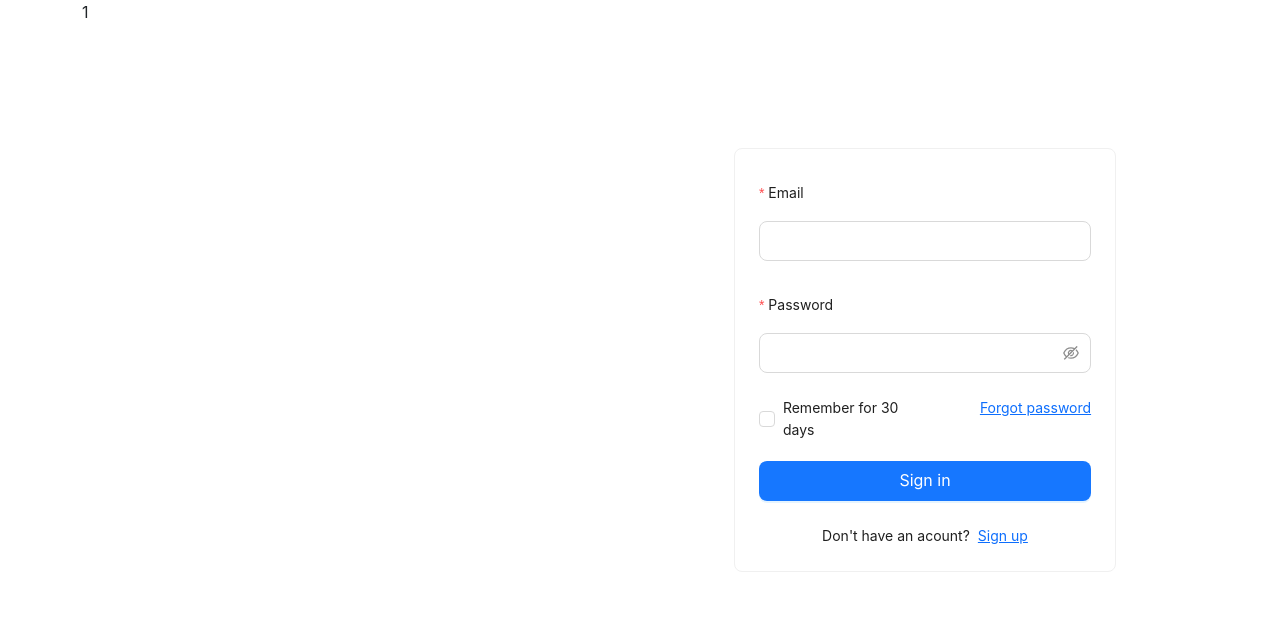
Repository: di-huynh-dev/kanban-inventory-management
Page: /
An editor plug-in stored every save of this project. The page is shown before and after the next save, followed by the edit.
The browser window is 1280 px wide. The pictures show the whole page.
Pictures or frames that could not be fetched are drawn as grey boxes. The project was rebuilt for these pictures with package versions that can differ from the ones it lists, and the page was loaded fresh each time. Also part of the build but not shown: src/App.css, src/pages/auth/SignUp.tsx, src/routers/MainRouter.tsx.

Above is the page before, as saved 2024-09-07 12:39:17.

### public/index.html
<!DOCTYPE html>
<html lang="en">
  <head>
    <meta charset="utf-8" />
    <link rel="icon" href="%PUBLIC_URL%/favicon.ico" />
    <meta name="viewport" content="width=device-width, initial-scale=1" />
    <meta name="theme-color" content="#000000" />
    <meta
      name="description"
      content="Web site created using create-react-app"
    />
    <link rel="apple-touch-icon" href="%PUBLIC_URL%/logo192.png" />
    <link
      rel="stylesheet"
      href="https://cdn.jsdelivr.net/npm/bootstrap@5.3.2/dist/css/bootstrap.min.css"
      integrity="sha384-T3c6CoIi6uLrA9TneNEoa7RxnatzjcDSCmG1MXxSR1GAsXEV/Dwwykc2MPK8M2HN"
      crossorigin="anonymous"
    />
    <!--
      manifest.json provides metadata used when your web app is installed on a
      user's mobile device or desktop. See https://developers.google.com/web/fundamentals/web-app-manifest/
    -->
    <link rel="manifest" href="%PUBLIC_URL%/manifest.json" />
    <!--
      Notice the use of %PUBLIC_URL% in the tags above.
      It will be replaced with the URL of the `public` folder during the build.
      Only files inside the `public` folder can be referenced from the HTML.

      Unlike "/favicon.ico" or "favicon.ico", "%PUBLIC_URL%/favicon.ico" will
      work correctly both with client-side routing and a non-root public URL.
      Learn how to configure a non-root public URL by running `npm run build`.
    -->
    <title>React App</title>
  </head>
  <body>
    <noscript>You need to enable JavaScript to run this app.</noscript>
    <div id="root"></div>
    <!--
      This HTML file is a template.
      If you open it directly in the browser, you will see an empty page.

      You can add webfonts, meta tags, or analytics to this file.
      The build step will place the bundled scripts into the <body> tag.

      To begin the development, run `npm start` or `yarn start`.
      To create a production bundle, use `npm run build` or `yarn build`.
    -->
  </body>
</html>

### src/index.css
body {
  margin: 0;
  font-family: -apple-system, BlinkMacSystemFont, 'Segoe UI', 'Roboto', 'Oxygen', 'Ubuntu', 'Cantarell', 'Fira Sans',
    'Droid Sans', 'Helvetica Neue', sans-serif;
  -webkit-font-smoothing: antialiased;
  -moz-osx-font-smoothing: grayscale;
}

code {
  font-family: source-code-pro, Menlo, Monaco, Consolas, 'Courier New', monospace;
}

.content-center {
  height: 100vh;
  justify-content: center;
  align-items: center;
  display: flex;
}

### src/App.tsx
import './App.css'
import Routers from './routers/Routers'

function App() {
  return <Routers />
}

export default App

### src/routers/Routers.tsx
import AuthRouter from './AuthRouter'
import MainRouter from './MainRouter'

const Routers = () => {
  return 1 < 2 ? <AuthRouter></AuthRouter> : <MainRouter></MainRouter>
}

export default Routers

### src/routers/AuthRouter.tsx
import { createBrowserRouter, RouterProvider } from 'react-router-dom'
import { LoginPage, SignUpPage } from '../pages'

const authRouter = createBrowserRouter([
  {
    path: '/',
    element: <LoginPage></LoginPage>,
  },
  {
    path: '/sign-up',
    element: <SignUpPage></SignUpPage>,
  },
])
const AuthRouter = () => {
  return (
    <div className="container">
      <div className="row">
        <div className="col">1</div>
        <div className="col content-center">
          <RouterProvider router={authRouter} />
        </div>
      </div>
    </div>
  )
}

export default AuthRouter

### src/pages/index.ts
import LoginPage from './auth/Login'
import SignUpPage from './auth/SignUp'

export { LoginPage, SignUpPage }

### src/pages/auth/Login.tsx
import type { FormProps } from 'antd'
import { Button, Card, Checkbox, Flex, Form, Input, Space, Typography } from 'antd'
import { useState } from 'react'
import { Link } from 'react-router-dom'

type FieldType = {
  email?: string
  password?: string
  remember?: string
}

const { Title, Paragraph, Text } = Typography

const LoginPage = () => {
  const [isLoading, setIsLoading] = useState(false)
  const [isRemember, setIsRemember] = useState(false)

  const onFinish: FormProps<FieldType>['onFinish'] = (values) => {
    console.log('Success:', values)
  }

  return (
    <>
      <Card
        style={{
          width: '70%',
        }}
      >
        <Form
          layout="vertical"
          initialValues={{ remember: true }}
          onFinish={onFinish}
          disabled={isLoading}
          size="large"
        >
          <Form.Item<FieldType> label="Email" name="email" rules={[{ required: true, message: 'Enter your email!' }]}>
            <Input allowClear maxLength={100} type="email" />
          </Form.Item>

          <Form.Item<FieldType>
            label="Password"
            name="password"
            rules={[{ required: true, message: 'Enter your password!' }]}
          >
            <Input.Password />
          </Form.Item>

          <div className="row">
            <div className="col">
              <Checkbox checked={isRemember} onChange={(val) => setIsRemember(val.target.checked)}>
                Remember for 30 days
              </Checkbox>
            </div>
            <div className="col" style={{ textAlign: 'right' }}>
              <Link to={'/'}>Forgot password</Link>
            </div>
          </div>

          <Form.Item style={{ marginTop: 20 }}>
            <Button type="primary" loading={isLoading} size="large" htmlType="submit" style={{ width: '100%' }}>
              Sign in
            </Button>
          </Form.Item>
        </Form>
        <div className="mt-3 text-center">
          <Space>
            <Text>Don't have an acount? </Text>
            <Link to={'/sign-up'}>Sign up</Link>
          </Space>
        </div>
      </Card>
    </>
  )
}

export default LoginPage

### src/pages/auth/components/SocialLogin.tsx
import { Button } from 'antd'

const SocialLogin = () => {
  return (
    <Button
      icon={<img width="48" height="48" src="https://img.icons8.com/color/48/google-logo.png" alt="google-logo" />}
    >
      SocialLogin
    </Button>
  )
}

export default SocialLogin

Loaded but not shown: src/index.tsx (common file); src/reportWebVitals.ts (common file)

After the next save:
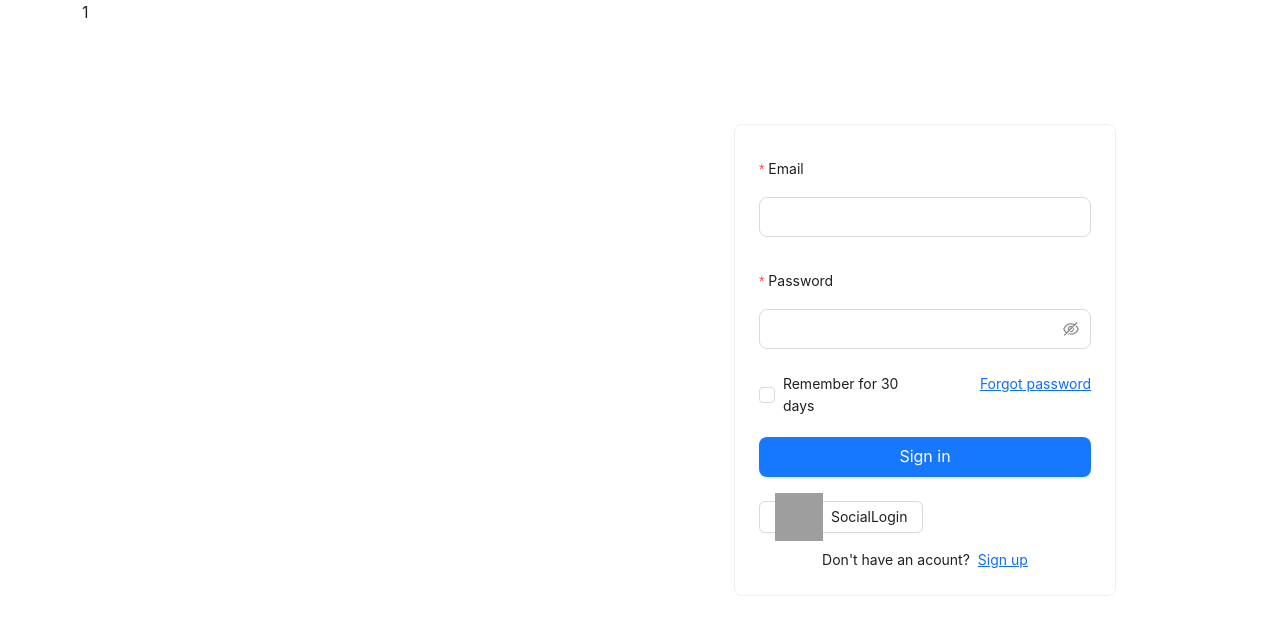
Saved 12 s later.
--- a/src/pages/auth/Login.tsx
+++ b/src/pages/auth/Login.tsx
@@ -2,6 +2,7 @@ import type { FormProps } from 'antd'
 import { Button, Card, Checkbox, Flex, Form, Input, Space, Typography } from 'antd'
 import { useState } from 'react'
 import { Link } from 'react-router-dom'
+import SocialLogin from './components/SocialLogin'
 
 type FieldType = {
   email?: string
@@ -62,6 +63,7 @@ const LoginPage = () => {
             </Button>
           </Form.Item>
         </Form>
+        <SocialLogin />
         <div className="mt-3 text-center">
           <Space>
             <Text>Don't have an acount? </Text>
